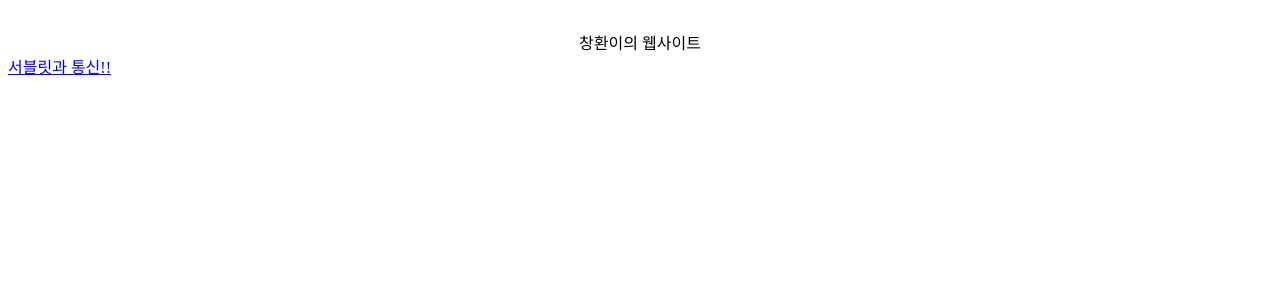
Repository: nohchanghwan/Java_study
Page: http://localhost/0724_frameworkWEB/
The author's editor kept a copy of each file at every save. The page is drawn from the files as they stood at one save, then again after the next save.
The browser window is 1280 px wide. The pictures show the whole page.
The page is served by Tomcat 9. Other server files are loaded and not shown.

Above is the page before, as saved 2017-07-21 05:07:47.

### 0724_frameworkWEB/webapp/index.jsp
<%@ page language="java" contentType="text/html; charset=EUC-KR"
    pageEncoding="EUC-KR"%>

<!DOCTYPE html PUBLIC "-//W3C//DTD HTML 4.01 Transitional//EN" "http://www.w3.org/TR/html4/loose.dtd">
<html>
<head>
<meta http-equiv="Content-Type" content="text/html; charset=EUC-KR">
<title>Insert title here</title>
</head>
<body>
	<div align="center" style="margin-top:30px">
	  창환이의 웹사이트
	</div>
	<a href="./test.do?id=nochang">서블릿과 통신!!</a>
	<div align="right">

	</div>
</body>
</html>

After the next save:
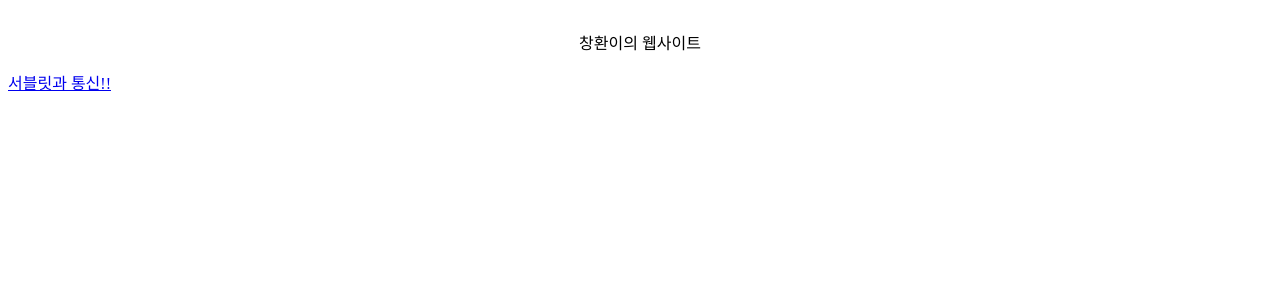
Saved 52 s later.
--- a/0724_frameworkWEB/webapp/index.jsp
+++ b/0724_frameworkWEB/webapp/index.jsp
@@ -10,7 +10,7 @@
 <body>
 	<div align="center" style="margin-top:30px">
 	  창환이의 웹사이트
-	</div>
+	</div><p>
 	<a href="./test.do?id=nochang">서블릿과 통신!!</a>
 	<div align="right">
 
